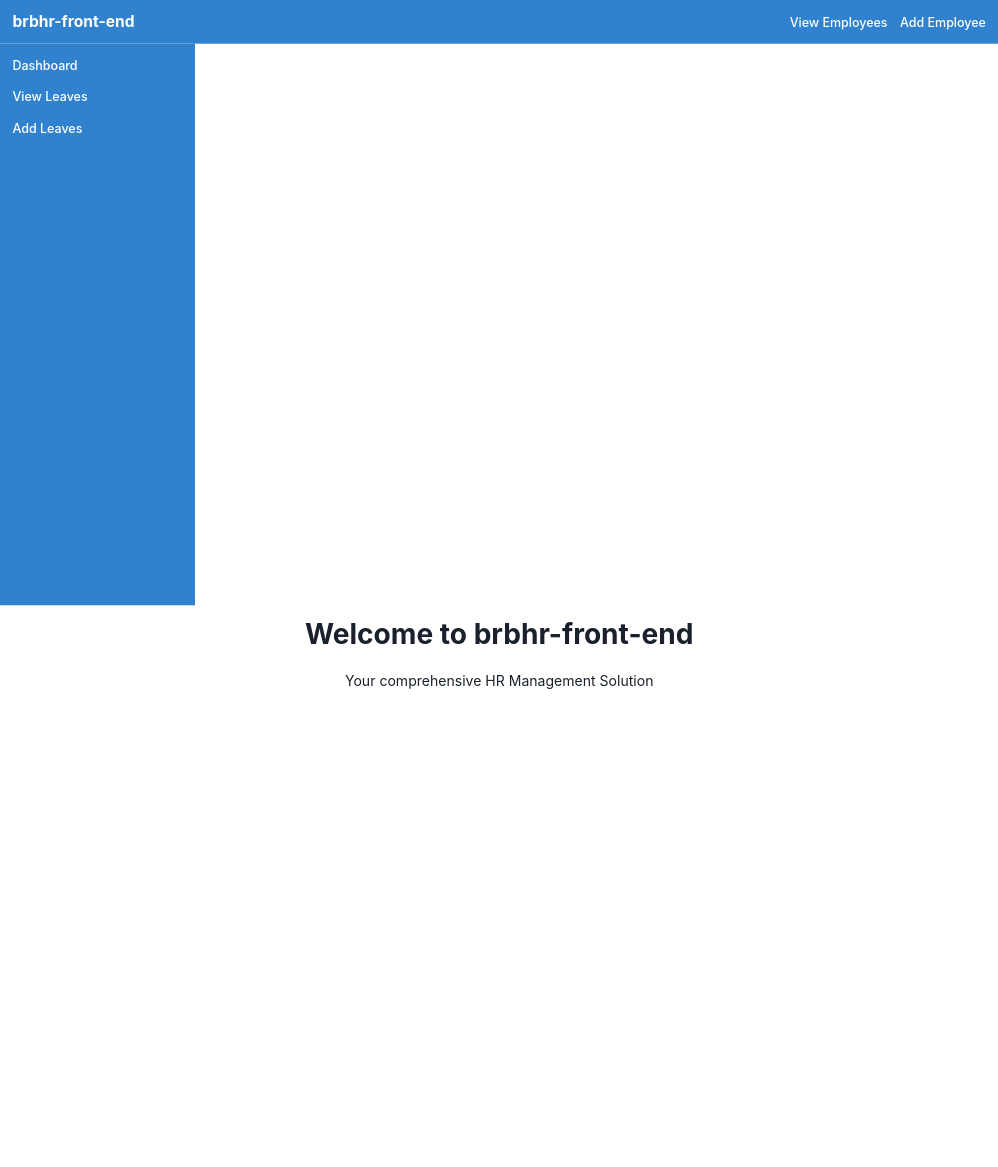
Repository: apipulse/brbhr-frontend
Page: /
The author's editor kept a copy of each file at every save. The page is drawn from the files as they stood at one save, then again after the next save.
The browser window is 1280 px wide. The pictures show the whole page, at 78% of full size.
The project was rebuilt for these pictures with package versions that can differ from the ones it lists, and the page was loaded fresh each time. Also part of the build but not shown: vite.config.js, src/services/axiosInstance.js, src/services/EmployeeService.js, src/components/employee/EmployeeList.jsx, src/components/employee/AddEmployee.jsx, src/services/LeaveService.js, src/components/employee/LeaveList.jsx, src/components/employee/LeaveForm.jsx.

Above is the page before, as saved 2024-01-19 19:33:44.

After the next save:
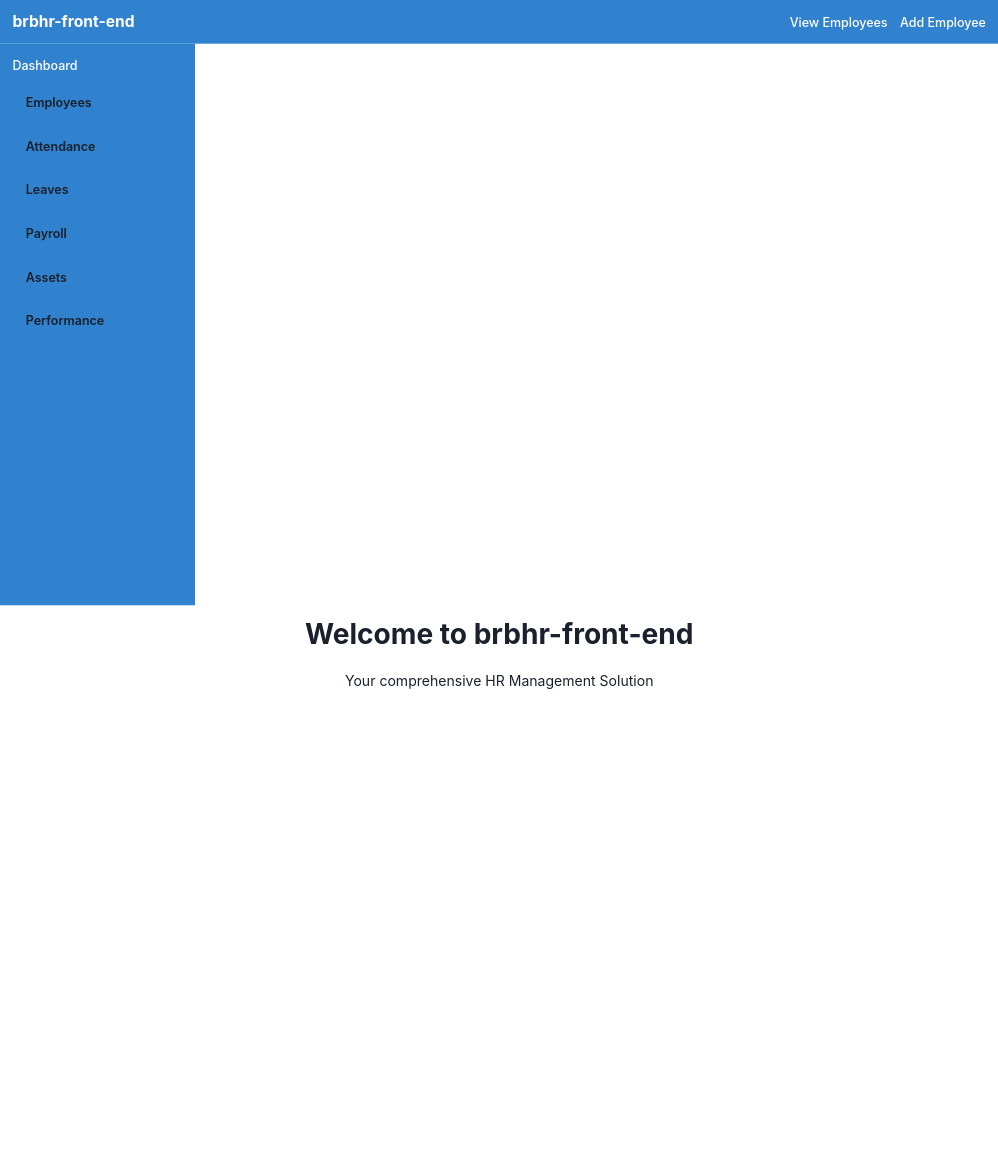
Saved 73 min 29 s later.
--- a/src/components/layout/SideBar.jsx
+++ b/src/components/layout/SideBar.jsx
@@ -1,27 +1,73 @@
-import React from 'react';
-import { Box, Link, VStack } from '@chakra-ui/react';
+import React, { useState } from 'react';
+import { Box, Link, VStack, Collapse, Button, useDisclosure } from '@chakra-ui/react';
 import { Link as RouterLink } from 'react-router-dom';
+
+const SidebarLinkGroup = ({ title, children }) => {
+  const { isOpen, onToggle } = useDisclosure();
+  return (
+    <Box>
+      <Button variant="ghost" onClick={onToggle} width="100%" justifyContent="flex-start">
+        {title}
+      </Button>
+      <Collapse in={isOpen} animateOpacity>
+        <VStack spacing={2} align="stretch" pl={4}>
+          {children}
+        </VStack>
+      </Collapse>
+    </Box>
+  );
+};
 
 const Sidebar = () => {
   return (
-    <Box
-      bg="blue.500"
-      h="100vh" // Set the height to 100% of the viewport height
-      w="250px" // Set the width of the sidebar
-      color="white"
-      p="4"
-    >
+    <Box bg="blue.500" h="100vh" w="250px" color="white" p="4">
       <VStack spacing={4} align="stretch">
-        <Link as={RouterLink} to="/dashboard">
-          Dashboard
-        </Link>
-        <Link as={RouterLink} to="/leaves">
-          View Leaves
-        </Link>
-        <Link as={RouterLink} to="/add-leave">
-          Add Leaves
-        </Link>
-        {/* Add more links as needed */}
+        {/* Dashboard */}
+        <Link as={RouterLink} to="/dashboard">Dashboard</Link>
+
+        {/* Employees */}
+        <SidebarLinkGroup title="Employees">
+          <Link as={RouterLink} to="/employees/list">Employee List</Link>
+          <Link as={RouterLink} to="/employees/add">Add Employee</Link>
+          {/* Additional Employee-related links */}
+        </SidebarLinkGroup>
+
+        {/* Attendance */}
+        <SidebarLinkGroup title="Attendance">
+          <Link as={RouterLink} to="/attendance/records">Attendance Records</Link>
+          <Link as={RouterLink} to="/attendance/report">Attendance Report</Link>
+          {/* Additional Attendance-related links */}
+        </SidebarLinkGroup>
+
+        {/* Leaves */}
+        <SidebarLinkGroup title="Leaves">
+          <Link as={RouterLink} to="/leaves/apply">Apply for Leave</Link>
+          <Link as={RouterLink} to="/leaves/status">Leave Status</Link>
+          {/* Additional Leaves-related links */}
+        </SidebarLinkGroup>
+
+        {/* Payroll */}
+        <SidebarLinkGroup title="Payroll">
+          <Link as={RouterLink} to="/payroll/salary">Salary Details</Link>
+          <Link as={RouterLink} to="/payroll/statements">Payroll Statements</Link>
+          {/* Additional Payroll-related links */}
+        </SidebarLinkGroup>
+
+        {/* Assets */}
+        <SidebarLinkGroup title="Assets">
+          <Link as={RouterLink} to="/assets/manage">Manage Assets</Link>
+          <Link as={RouterLink} to="/assets/assign">Assign Assets</Link>
+          {/* Additional Asset-related links */}
+        </SidebarLinkGroup>
+
+        {/* Performance (PMS) */}
+        <SidebarLinkGroup title="Performance">
+          <Link as={RouterLink} to="/performance/reviews">Performance Reviews</Link>
+          <Link as={RouterLink} to="/performance/goals">Set Goals</Link>
+          {/* Additional Performance-related links */}
+        </SidebarLinkGroup>
+
+        {/* Additional main categories as needed */}
       </VStack>
     </Box>
   );
